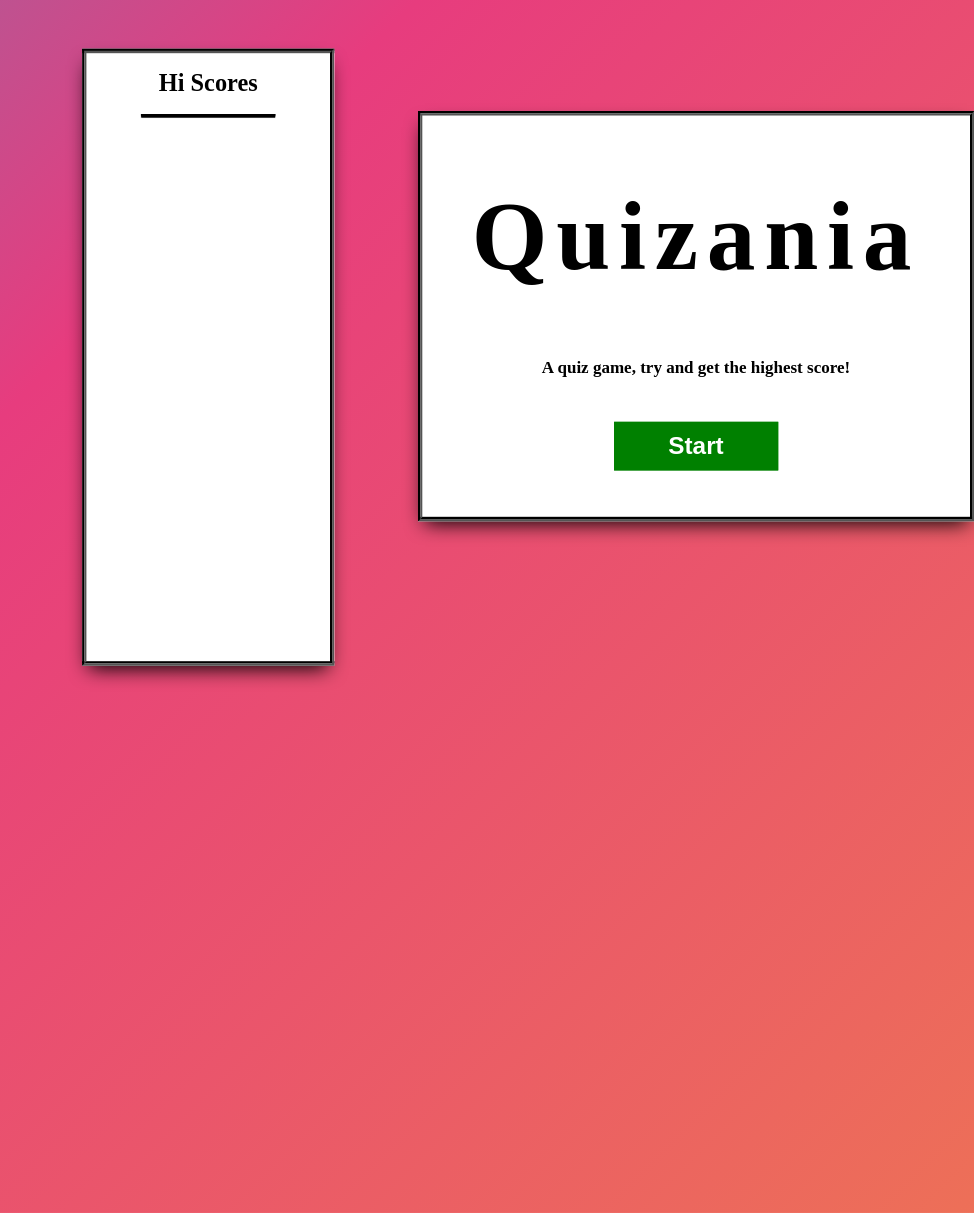
Repository: PatrickTheCodeGuy/QuizApp
Page: / (app in quizapp/)
The author's editor kept a copy of each file at every save. The page is drawn from the files as they stood at one save, then again after the next save.
The browser window is 1280 px wide. The page is 1282 px wide, so the pictures cover 1282 px, including what lies to the right of the window. The pictures show the whole page, at 76% of full size.
The project was rebuilt for these pictures with package versions that can differ from the ones it lists, and the page was loaded fresh each time.

Above is the page before, as saved 2021-07-08 15:00:37.

After the next save:
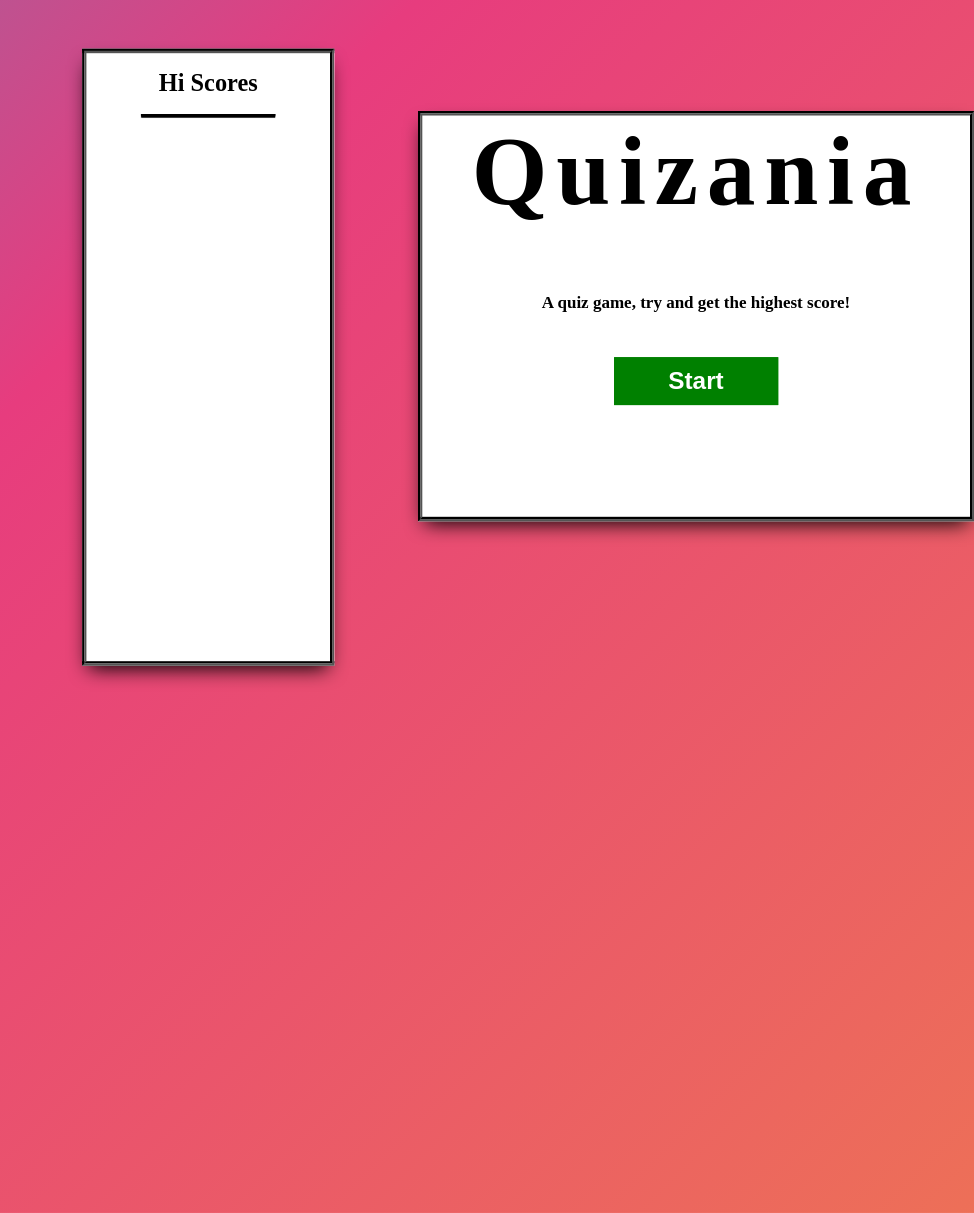
Saved 3 min 11 s later.
--- a/quizapp/src/components/StartMenu/StartMenu.css
+++ b/quizapp/src/components/StartMenu/StartMenu.css
@@ -2,6 +2,7 @@
     font-family: 'Pacifico', cursive;
     font-size: 8em;
     letter-spacing: 0.09em;
+    margin-top: 0%;
 }
 
 .regular-text{
